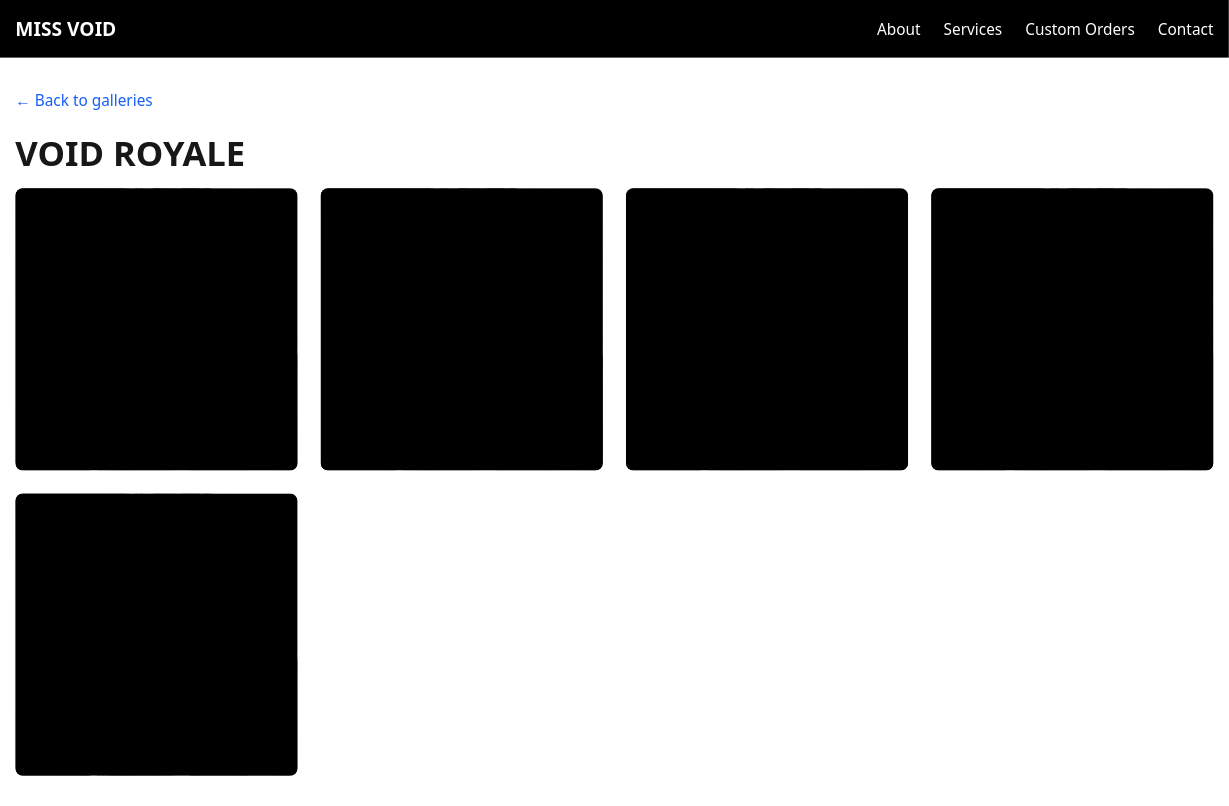
Repository: b0ase/missvoid2
Page: /gallery/void-royale
These files come from the project's save history. The page is drawn as it stood at one moment and after the next save; the edit follows.
The browser window is 1280 px wide. The pictures show the whole page, at 96% of full size.
The project was rebuilt for these pictures with package versions that can differ from the ones it lists, and the page was loaded fresh each time. The framework's server and built-in components were replaced by stand-ins that run in the browser. Also part of the build but not shown: next.config.js.

Above is the page before, as saved 2025-04-11 11:07:48.

### src/app/layout.tsx
import type { Metadata } from "next";
import { Inter } from "next/font/google";
import "./globals.css";

const inter = Inter({
  subsets: ["latin"],
  variable: "--font-inter",
});

export const metadata: Metadata = {
  title: "Create Next App",
  description: "Generated by create next app",
};

export default function RootLayout({
  children,
}: Readonly<{
  children: React.ReactNode;
}>) {
  return (
    <html lang="en">
      <body
        className={`${inter.variable} antialiased`}
      >
        {children}
      </body>
    </html>
  );
}

### src/app/gallery/layout.tsx
import type { Metadata } from "next";

export const metadata: Metadata = {
  title: "MISS VOID Gallery",
  description: "Gallery of MISS VOID images and collections",
};

export default function GalleryLayout({
  children,
}: {
  children: React.ReactNode;
}) {
  return (
    <div className="min-h-screen bg-gray-50 dark:bg-gray-900">
      {children}
    </div>
  );
}

### src/app/gallery/void-royale/page.tsx
'use client';

import GalleryPage from '@/app/components/GalleryPage';

// Use images from void-royale directory
const images = [
  '/images/void-royale/image-1.jpg',
  '/images/void-royale/image-2.jpg',
  '/images/void-royale/image-3.jpg',
  '/images/void-royale/image-4.jpg',
  '/images/void-royale/image-5.jpg',
];

export default function VoidRoyaleGallery() {
  return <GalleryPage images={images} title="VOID ROYALE" />;
}

### src/app/globals.css
@import "tailwindcss";

:root {
  --background: #ffffff;
  --foreground: #171717;
}

@theme inline {
  --color-background: var(--background);
  --color-foreground: var(--foreground);
  --font-sans: var(--font-inter);
}

@media (prefers-color-scheme: dark) {
  :root {
    --background: #0a0a0a;
    --foreground: #ededed;
  }
}

body {
  background: var(--background);
  color: var(--foreground);
  font-family: var(--font-sans), Arial, Helvetica, sans-serif;
}

### src/app/components/GalleryPage.tsx
"use client";

import { useState, useEffect } from 'react';
import Link from 'next/link';
import Image from 'next/image';
import { useSwipeable } from 'react-swipeable';
import Navigation from './Navigation';

type GalleryItem = {
  src: string;
  title?: string;
  description?: string;
  materials?: string;
  price?: string;
};

type GalleryPageProps = {
  title: string;
  images: string[] | GalleryItem[];
  description?: string;
};

export default function GalleryPage({ title, images, description }: GalleryPageProps) {
  const [selectedImage, setSelectedImage] = useState<string | null>(null);
  const [selectedItem, setSelectedItem] = useState<GalleryItem | null>(null);
  const [currentIndex, setCurrentIndex] = useState<number>(0);
  const [imageErrors, setImageErrors] = useState<Record<string, boolean>>({});
  const [loadedImages, setLoadedImages] = useState<GalleryItem[]>([]);

  useEffect(() => {
    // Pre-check images when component mounts
    const preloadImages = async () => {
      const validItems: GalleryItem[] = [];
      // Convert string[] to GalleryItem[] if needed
      const itemsToProcess = images.map(item =>
        typeof item === 'string' ? { src: item } : item
      );

      for (const item of itemsToProcess) {
        try {
          // Attempt to fetch the image to see if it exists
          const response = await fetch(item.src, { method: 'HEAD' });
          if (response.ok) {
            validItems.push(item);
          } else {
            setImageErrors(prev => ({ ...prev, [item.src]: true }));
          }
        } catch (error) {
          setImageErrors(prev => ({ ...prev, [item.src]: true }));
        }
      }
      setLoadedImages(validItems);
    };

    preloadImages();
  }, [images]);

  const handleImageError = (imagePath: string) => {
    setImageErrors({
      ...imageErrors,
      [imagePath]: true
    });
  };

  // Filter out images that failed to load
  const validImages = loadedImages.length > 0
    ? loadedImages
    : (images as any[]).filter(item => {
        const src = typeof item === 'string' ? item : item.src;
        return !imageErrors[src];
      }).map(item => typeof item === 'string' ? { src: item } : item);

  const handleImageClick = (item: GalleryItem, index: number) => {
    setSelectedImage(item.src);
    setSelectedItem(item);
    setCurrentIndex(index);
  };

  const handleCloseModal = () => {
    setSelectedImage(null);
    setSelectedItem(null);
  };

  const handleNext = () => {
    if (currentIndex < validImages.length - 1) {
      setCurrentIndex(currentIndex + 1);
      const nextItem = validImages[currentIndex + 1];
      setSelectedImage(nextItem.src);
      setSelectedItem(nextItem);
    }
  };

  const handlePrevious = () => {
    if (currentIndex > 0) {
      setCurrentIndex(currentIndex - 1);
      const prevItem = validImages[currentIndex - 1];
      setSelectedImage(prevItem.src);
      setSelectedItem(prevItem);
    }
  };

  const swipeHandlers = useSwipeable({
    onSwipedLeft: () => handleNext(),
    onSwipedRight: () => handlePrevious(),
    trackMouse: true
  });

  // Handle keyboard navigation
  useEffect(() => {
    const handleKeyDown = (e: KeyboardEvent) => {
      if (selectedImage) {
        if (e.key === 'ArrowRight') {
          handleNext();
        } else if (e.key === 'ArrowLeft') {
          handlePrevious();
        } else if (e.key === 'Escape') {
          handleCloseModal();
        }
      }
    };

    window.addEventListener('keydown', handleKeyDown);
    return () => window.removeEventListener('keydown', handleKeyDown);
  }, [selectedImage, currentIndex]);

  return (
    <div className="min-h-screen bg-white dark:bg-black">
      <Navigation />

      <main className="container mx-auto px-4 py-8">
        <Link href="/" className="inline-block mb-6 text-blue-600 hover:text-blue-800">
          &larr; Back to galleries
        </Link>

        <h1 className="text-4xl font-bold mb-4">{title}</h1>

        {description && (
          <div className="mb-8 max-w-3xl">
            <p className="text-lg">{description}</p>
          </div>
        )}

        <div className="grid grid-cols-1 sm:grid-cols-2 md:grid-cols-3 lg:grid-cols-4 gap-6">
          {validImages.map((item, index) => (
            <div
              key={index}
              className="group relative overflow-hidden cursor-pointer"
              onClick={() => handleImageClick(item, index)}
            >
              <div className="aspect-square relative overflow-hidden rounded-lg">
                <Image
                  src={item.src}
                  alt={item.title || `${title} piece ${index + 1}`}
                  fill
                  className="object-cover transition-transform duration-500 group-hover:scale-110"
                  sizes="(max-width: 768px) 100vw, (max-width: 1200px) 50vw, 33vw"
                  onError={() => handleImageError(item.src)}
                />
                <div className="absolute inset-0 bg-black bg-opacity-0 group-hover:bg-opacity-30 transition-all duration-300"></div>

                {item.title && (
                  <div className="absolute inset-0 flex items-center justify-center opacity-0 group-hover:opacity-100 transition-opacity duration-300">
                    <span className="bg-black bg-opacity-70 text-white px-3 py-1 rounded text-sm">
                      {item.title}
                    </span>
                  </div>
                )}
              </div>
            </div>
          ))}
        </div>

        {/* Image Modal */}
        {selectedImage && selectedItem && (
          <div className="fixed inset-0 bg-black bg-opacity-90 flex items-center justify-center z-50">
            <div className="w-full h-full max-w-6xl mx-auto flex flex-col md:flex-row items-center" {...swipeHandlers}>
              <button
                onClick={handleCloseModal}
                className="absolute top-4 right-4 text-white text-2xl hover:text-gray-300 z-20"
              >
                ✕
              </button>

              <div className="flex-1 relative w-full h-full max-h-[70vh] md:max-h-[90vh] flex items-center justify-center">
                <button
                  onClick={handlePrevious}
                  className="absolute left-4 text-white text-4xl hover:text-gray-300 z-10"
                  disabled={currentIndex === 0}
                >
                  ←
                </button>

                <img
                  src={selectedImage}
                  alt={selectedItem.title || "Selected gallery image"}
                  className="max-w-full max-h-full object-contain"
                  onError={() => handleImageError(selectedImage)}
                />

                <button
                  onClick={handleNext}
                  className="absolute right-4 text-white text-4xl hover:text-gray-300 z-10"
                  disabled={currentIndex === validImages.length - 1}
                >
                  →
                </button>
              </div>

              {(selectedItem.title || selectedItem.description || selectedItem.materials || selectedItem.price) && (
                <div className="md:w-1/3 p-6 text-white">
                  {selectedItem.title && (
                    <h3 className="text-xl font-bold mb-3">{selectedItem.title}</h3>
                  )}

                  {selectedItem.description && (
                    <p className="mb-4">{selectedItem.description}</p>
                  )}

                  {selectedItem.materials && (
                    <div className="mb-3">
                      <span className="font-semibold">Materials:</span> {selectedItem.materials}
                    </div>
                  )}

                  {selectedItem.price && (
                    <div className="mb-4">
                      <span className="font-semibold">Price:</span> {selectedItem.price}
                    </div>
                  )}

                  <Link
                    href="/contact?interest=specific-piece"
                    className="inline-block bg-white text-black px-4 py-2 rounded hover:bg-gray-200 transition"
                  >
                    Inquire About This Piece
                  </Link>
                </div>
              )}

              <div className="absolute bottom-4 left-1/2 transform -translate-x-1/2 text-white text-sm">
                {currentIndex + 1} / {validImages.length}
              </div>
            </div>
          </div>
        )}
      </main>
    </div>
  );
}

### src/app/components/Navigation.tsx
"use client";

import Link from 'next/link';
import { usePathname } from 'next/navigation';

export default function Navigation() {
  const pathname = usePathname();

  return (
    <nav className="bg-black text-white py-4">
      <div className="container mx-auto px-4 flex items-center justify-between">
        <Link href="/" className="text-xl font-bold">MISS VOID</Link>
        <div className="hidden md:flex space-x-6">
          <Link
            href="/about"
            className={`hover:text-gray-300 transition ${pathname === '/about' ? 'text-gray-300 underline' : ''}`}
          >
            About
          </Link>
          <Link
            href="/services"
            className={`hover:text-gray-300 transition ${pathname === '/services' ? 'text-gray-300 underline' : ''}`}
          >
            Services
          </Link>
          <Link
            href="/custom"
            className={`hover:text-gray-300 transition ${pathname === '/custom' ? 'text-gray-300 underline' : ''}`}
          >
            Custom Orders
          </Link>
          <Link
            href="/contact"
            className={`hover:text-gray-300 transition ${pathname === '/contact' ? 'text-gray-300 underline' : ''}`}
          >
            Contact
          </Link>
        </div>
        <button className="md:hidden">
          <svg xmlns="http://www.w3.org/2000/svg" fill="none" viewBox="0 0 24 24" stroke="currentColor" className="w-6 h-6">
            <path strokeLinecap="round" strokeLinejoin="round" strokeWidth={2} d="M4 6h16M4 12h16M4 18h16" />
          </svg>
        </button>
      </div>
    </nav>
  );
}

After the next save:
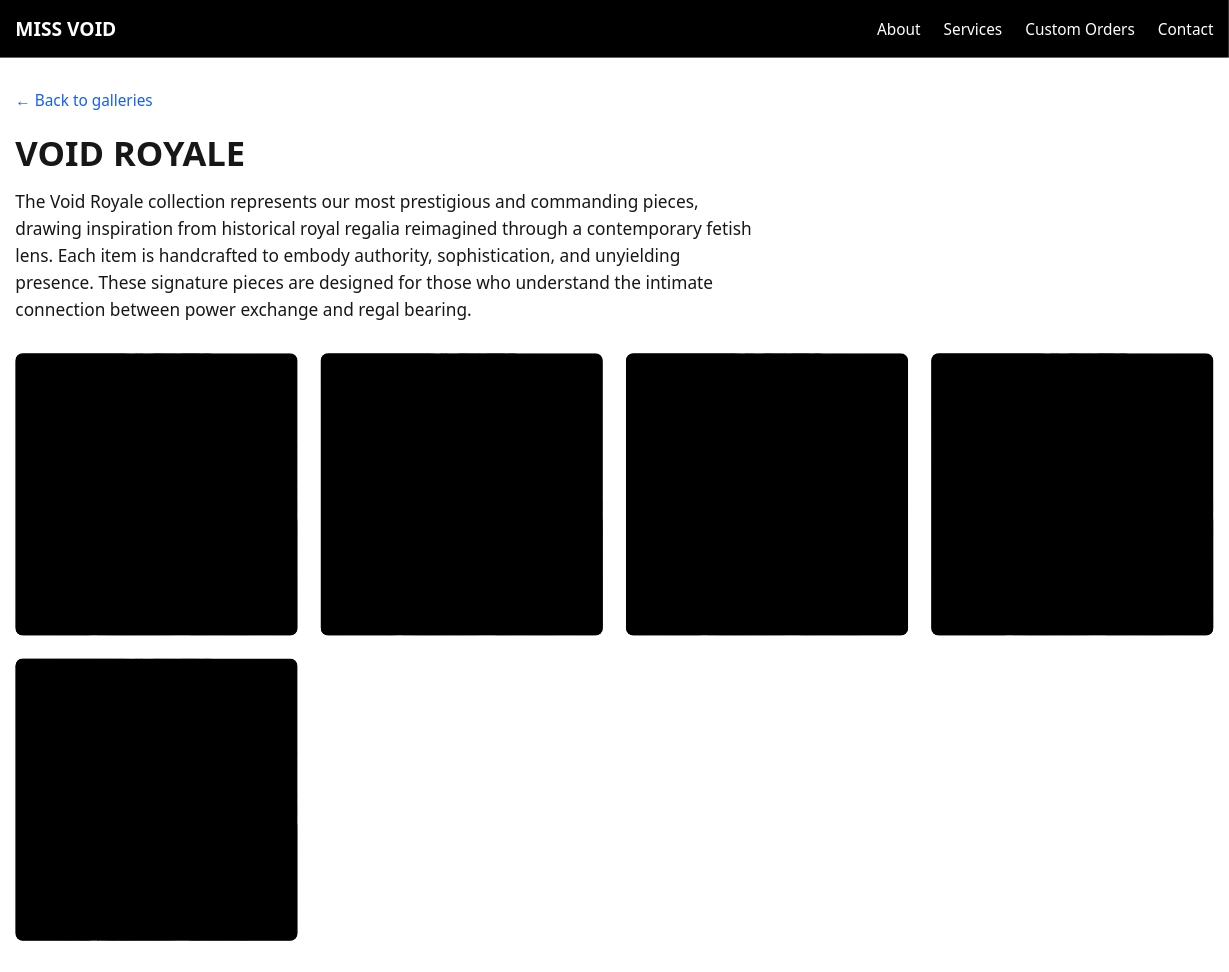
Saved 20 s later.
--- a/src/app/gallery/void-royale/page.tsx
+++ b/src/app/gallery/void-royale/page.tsx
@@ -2,15 +2,51 @@
 
 import GalleryPage from '@/app/components/GalleryPage';
 
-// Use images from void-royale directory
-const images = [
-  '/images/void-royale/image-1.jpg',
-  '/images/void-royale/image-2.jpg',
-  '/images/void-royale/image-3.jpg',
-  '/images/void-royale/image-4.jpg',
-  '/images/void-royale/image-5.jpg',
+// Gallery items with detailed descriptions
+const galleryItems = [
+  {
+    src: '/images/void-royale/image-1.jpg',
+    title: 'Monarch Harness',
+    description: 'An architectural chest harness featuring precision-cut Italian leather overlays that create a regal silhouette. The graduated panels frame the torso while maintaining mobility and comfort.',
+    materials: 'Italian calfskin leather, nickel-free hardware, adjustable buckle closures',
+    price: 'From £1,450'
+  },
+  {
+    src: '/images/void-royale/image-2.jpg',
+    title: 'Sovereign Corset',
+    description: 'A structured corset designed with dramatic lines that elongate the torso. Featuring a combination of traditional corsetry techniques and modern leather craftsmanship for a commanding presence.',
+    materials: 'Vegetable-tanned leather, steel boning, satin lining, back lacing system',
+    price: 'From £2,200'
+  },
+  {
+    src: '/images/void-royale/image-3.jpg',
+    title: 'Imperial Collar',
+    description: 'A statement posture collar with architectural detailing that frames the face and neck. The extended shoulder elements create a commanding silhouette inspired by royal regalia.',
+    materials: 'Premium cowhide, internal padding, custom brass hardware, adjustable fit system',
+    price: 'From £980'
+  },
+  {
+    src: '/images/void-royale/image-4.jpg',
+    title: 'Noble Restraints',
+    description: 'Elegant wrist cuffs featuring detailed embossing and edge work that references historical royal motifs. Designed for both aesthetic impact and comfortable extended wear.',
+    materials: 'Hand-embossed leather, custom-made locking mechanisms, velvet lining',
+    price: 'From £680 per pair'
+  },
+  {
+    src: '/images/void-royale/image-5.jpg',
+    title: 'Regal Mask',
+    description: 'A sculpted half-face mask that combines elements of traditional masquerade with contemporary dominance aesthetics. The sweeping lines create a transformative presence.',
+    materials: 'Molded leather, hand-stitched detailing, adjustable velvet-lined straps',
+    price: 'From £850'
+  }
 ];
 
 export default function VoidRoyaleGallery() {
-  return <GalleryPage images={images} title="VOID ROYALE" />;
+  return (
+    <GalleryPage
+      title="VOID ROYALE"
+      images={galleryItems}
+      description="The Void Royale collection represents our most prestigious and commanding pieces, drawing inspiration from historical royal regalia reimagined through a contemporary fetish lens. Each item is handcrafted to embody authority, sophistication, and unyielding presence. These signature pieces are designed for those who understand the intimate connection between power exchange and regal bearing."
+    />
+  );
 }
